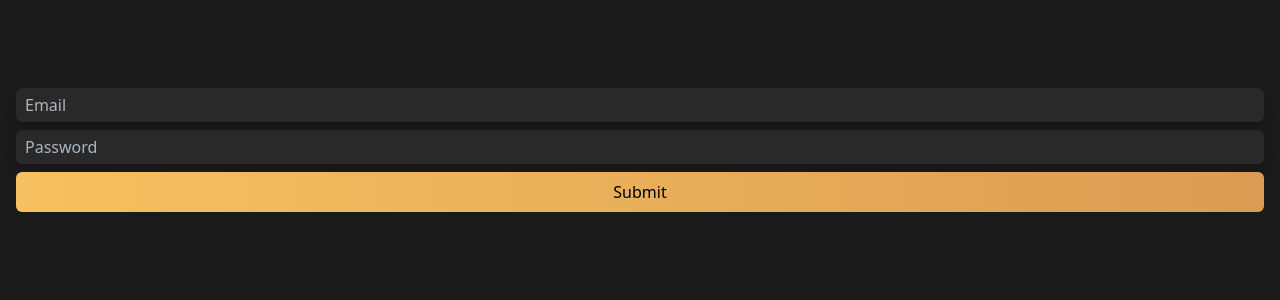
Repository: s-babaeizadeh/react-hook-form-with--zod-validation
Page: /
These files come from the project's save history. The page is drawn as it stood at one moment and after the next save; the edit follows.
The browser window is 1280 px wide. The pictures show the whole page.
The project was rebuilt for these pictures with package versions that can differ from the ones it lists, and the page was loaded fresh each time. Also part of the build but not shown: vite.config.ts.

Above is the page before, as saved 2024-08-13 17:20:58.

### src/App.tsx
import React, { useState } from "react";

const App = () => {
  const [email, setEmail] = useState("");
  const [password, setPassword] = useState("");
  const [errors, setErrors] = useState<{ email: string; password: string }>({
    email: "",
    password: "",
  });

  const handleSubmit = (e: React.FormEvent) => {
    e.preventDefault();

    setErrors({ email: "", password: "" });

    if (!email.includes("@")) {
      setErrors({ ...errors, email: "Email must include @" });
      return;
    }

    if (password.length < 8) {
      setErrors({ ...errors, password: "Password must be at least 8 chars" });
      return;
    }

    console.log("Form submitted");
  };

  return (
    <form onSubmit={handleSubmit} className="form gap-2 mt-20">
      <input
        type="text"
        placeholder="Email"
        value={email}
        onChange={(e) => setEmail(e.target.value)}
      />
      {errors.email && <div className="text-red-500">{errors.email}</div>}
      <input
        type="password"
        placeholder="Password"
        value={password}
        onChange={(e) => setPassword(e.target.value)}
      />
      {errors.password && <div className="text-red-500">{errors.password}</div>}
      <button type="submit">Submit</button>
    </form>
  );
};

export default App;

### src/index.css
@tailwind base;
@tailwind components;
@tailwind utilities;

body {
  @apply bg-background-800 text-white;
}

button,
button[type="submit"] {
  @apply rounded-md bg-gradient-to-r from-primary-500 to-secondary-600 px-6 py-2 text-black hover:opacity-50;
}

button:disabled,
button[type="submit"]:disabled {
  @apply opacity-50;
}

input[type="text"],
input[type="email"],
input[type="password"] {
  @apply rounded-md border border-background-700 bg-background-700 px-2 py-1 text-white shadow-lg outline-none  focus:border-primary-500;
}

.form {
  @apply flex flex-col px-4 py-2;
}

.tutorial-shorts {
  @apply flex flex-col px-8 py-4;
}

### tailwind.config.js
/** @type {import('tailwindcss').Config} */
export default {
  content: ["./index.html", "./src/**/*.{js,ts,jsx,tsx}"],
  theme: {
    extend: {
      colors: {
        primary: {
          500: "#f6c160",
          600: "#ffc300",
        },
        secondary: {
          500: "#f6b060",
          600: "#db9c53",
        },
        background: {
          700: "#292929",
          800: "#1a1a1a",
        },
        gray: {
          300: "#f8f9fa",
          400: "#adb5bd",
        },
      },
    },
  },
  plugins: [],
};

Loaded but not shown: index.html (common file); src/main.tsx (common file)

After the next save:
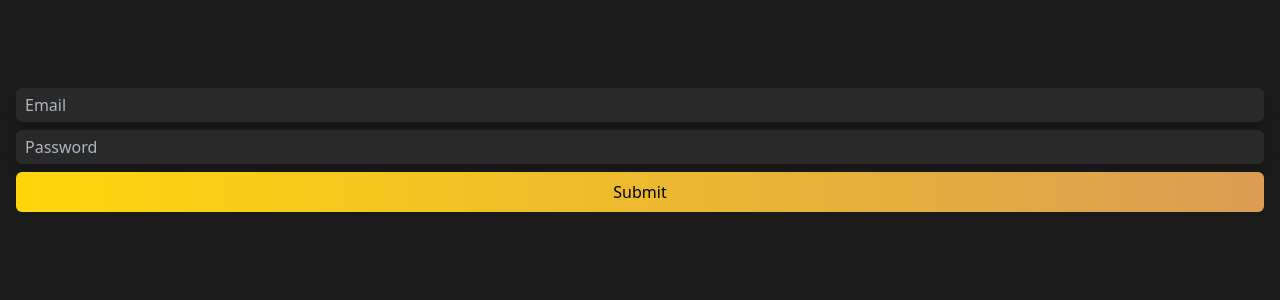
Saved 14 s later.
--- a/tailwind.config.js
+++ b/tailwind.config.js
@@ -5,7 +5,7 @@ export default {
     extend: {
       colors: {
         primary: {
-          500: "#f6c160",
+          500: "#ffd60a",
           600: "#ffc300",
         },
         secondary: {
